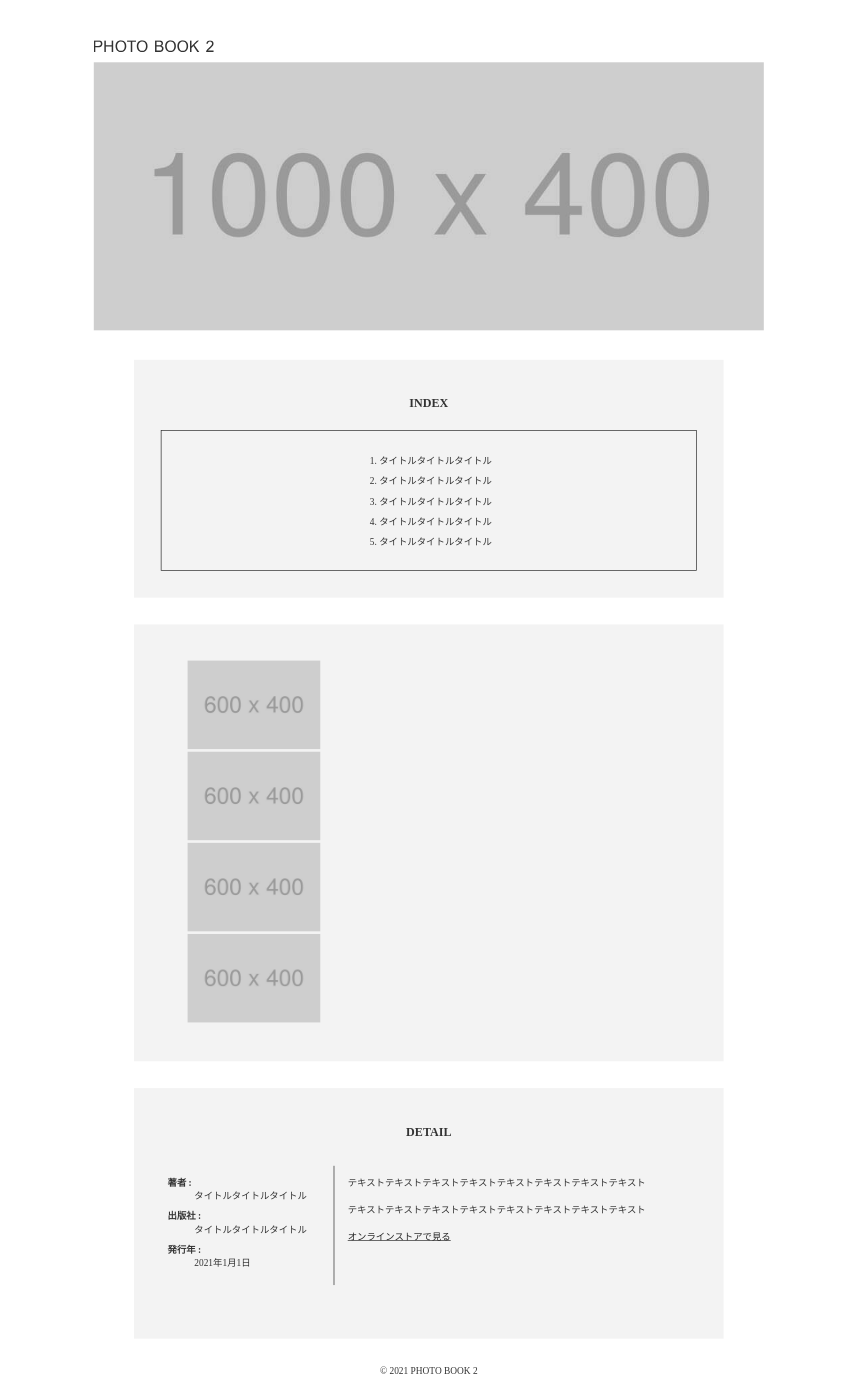
Repository: Fuki-san/photo-book-2
Page: http://localhost/photobook
The author's editor kept a copy of each file at every save. The page is drawn from the files as they stood at one save, then again after the next save.
The browser window is 1280 px wide. The pictures show the whole page, at 67% of full size.
The page is served by the project's Laravel application, run on PHP 8.4 with Laravel 10. Other server files are loaded and not shown.

Above is the page before, as saved 2023-12-01 12:36:53.

### routes/web.php
<?php

use Illuminate\Support\Facades\Route;

/*
|--------------------------------------------------------------------------
| Web Routes
|--------------------------------------------------------------------------
|
| Here is where you can register web routes for your application. These
| routes are loaded by the RouteServiceProvider and all of them will
| be assigned to the "web" middleware group. Make something great!
|
*/

Route::get('/', function () {
    return view('welcome');
});

Route::get('photobook', function() {
    return view('photobook');
})->name('photobook');

### resources/views/photobook.blade.php
@extends('layouts.main')

@section('title', 'photobook')

@section('content')
    <div class="container">
        <header id="header">
            <h1 class="site-title"><a href="#"><img src="img/logo.svg" alt=""></a></h1>
        </header>

        <main>

            <div id="mainvisual">
                <img src="img/mainvisual.jpg" alt="">
            </div>

            <section id="index">
                <div class="inner">
                    <h2 class="sec-title">INDEX</h2>
                    <div class="index-inner">
                        <ol class="index-list">
                            <li>タイトルタイトルタイトル</li>
                            <li>タイトルタイトルタイトル</li>
                            <li>タイトルタイトルタイトル</li>
                            <li>タイトルタイトルタイトル</li>
                            <li>タイトルタイトルタイトル</li>
                        </ol>
                    </div>
                </div>
            </section>

                <div class="inner">
                    <ul class="list">
                        <li><img src="img/photo1.jpg" alt=""></li>
                        <li><img src="img/photo2.jpg" alt=""></li>
                        <li><img src="img/photo3.jpg" alt=""></li>
                        <li><img src="img/photo4.jpg" alt=""></li>
                    </ul>
                </div>

            <section id="detail">
                <div class="inner">
                    <h2 class="sec-title">DETAIL</h2>
                    <div class="flex">
                        <dl>
                            <dt>著者 : </dt>
                            <dd>タイトルタイトルタイトル</dd>
                            <dt>出版社 : </dt>
                            <dd>タイトルタイトルタイトル</dd>
                            <dt>発行年 : </dt>
                            <dd>2021年1月1日</dd>
                        </dl>
                        <div class="text">
                            <p>テキストテキストテキストテキストテキストテキストテキストテキスト</p>
                            <p>テキストテキストテキストテキストテキストテキストテキストテキスト</p>
                            <a href="#" class="link" target="_blank" rel="noopener noreferrer">オンラインストアで見る</a>
                        </div>
                    </div>
                </div>
            </section>
        </main>

        <footer id="footer">
            <p>&copy; 2021 PHOTO BOOK 2</p>
        </footer>

    </div>
@endsection

### resources/views/layouts/main.blade.php
<!DOCTYPE html>
<html lang="ja">
<head>
    <meta charset="UTF-8">
    <meta name="viewport" content="width=device-width, initial-scale=1.0">
    <meta http-equiv="X-UA-Compatible" content="ie=edge">
    <link rel="stylesheet" href="{{ asset('css/reset.css') }}">
    <link rel="stylesheet" href="{{ asset('css/style.css') }}">
    <link rel="icon" href="img/favicon.ico">
    <title>@yield('title')</title>
</head>
<body>
    @yield('content')
</body>
</html>

### public/css/style.css
@charset "utf-8";

html{
    font-size: 100%;
}
body{
    color: #333;
    font-size: 0.875rem;
}
img{
    max-width: 100%;
}
ul{
    list-style: none;
}
.container{
    max-width: 1000px;
    margin: 0 auto;
}
.inner{
    margin: 0 auto;
    max-width: 800px;
}
.sec-title{
    text-align: center;
    font-weight: bold;
    font-size: 1.125rem;
    margin-bottom: 30px;
}

/* header */
#header{
    margin: 60px 0 10px 0;
}
#header .site-title{
    width: 180px;
    line-height: 1px;
    margin-bottom: 15px;
}
#header .site-title a{
    display: block;
}
/* indexx */
.inner{
    background-color: #f3f3f3;
    padding: 40px;
    margin: 40px auto 40px auto;
}


#index .index-list{
    margin-left: 20px;
    justify-content: center;
    padding: 20px 40px;
}
#index .index-list li{
    margin-bottom: 10px;
}
#index .index-list li:last-child{
    margin-bottom: 0;
}
#index .index-inner{
    border: solid 1px #242424;
    display: flex;
    justify-content: center;
}

.list{
    display: flex;
    flex-wrap: wrap;
}
.list img{
    width: 33%;
}

/* detaill */
.flex{
    display: flex;
    padding: 10px;
    margin-bottom: 30px;
}
.text{
    border-left: solid 1px #242424;
    padding-left: 20px;
}
.text a{
    color: #242424;
}
.text a:hover{
    opacity: 0.7;
}
.text p{
    margin-bottom: 20px;
}
#detail dt{
    font-weight: bold;
}
#detail dd{
    margin-bottom: 10px;

}
#detail dl{
    padding-right: 40px;
}

/* footerrr */
#footer{
    text-align: center;
}

### public/img/logo.svg
<?xml version="1.0" encoding="utf-8"?>
<!-- Generator: Adobe Illustrator 15.1.0, SVG Export Plug-In . SVG Version: 6.00 Build 0)  -->
<!DOCTYPE svg PUBLIC "-//W3C//DTD SVG 1.1//EN" "http://www.w3.org/Graphics/SVG/1.1/DTD/svg11.dtd">
<svg version="1.1" id="レイヤー_1" xmlns="http://www.w3.org/2000/svg" xmlns:xlink="http://www.w3.org/1999/xlink" x="0px"
	 y="0px" width="1600px" height="156px" viewBox="0 0 1600 156" enable-background="new 0 0 1600 156" xml:space="preserve">
<g>
	<path fill="#333333" d="M0,152.092V2.65h56.373c9.92,0,17.498,0.477,22.731,1.428c7.34,1.223,13.49,3.552,18.451,6.982
		c4.96,3.433,8.953,8.241,11.978,14.425c3.022,6.185,4.536,12.98,4.536,20.387c0,12.709-4.043,23.463-12.129,32.264
		c-8.09,8.802-22.699,13.202-43.834,13.202h-38.33v60.754H0z M19.775,73.702h38.636c12.775,0,21.847-2.379,27.217-7.136
		c5.369-4.757,8.053-11.451,8.053-20.082c0-6.252-1.581-11.604-4.741-16.056c-3.16-4.45-7.324-7.391-12.487-8.817
		c-3.33-0.883-9.481-1.325-18.452-1.325H19.775V73.702z"/>
	<path fill="#333333" d="M139.859,152.092V2.65h19.776v61.367h77.677V2.65h19.775v149.441h-19.775V81.652h-77.677v70.439H139.859z"
		/>
	<path fill="#333333" d="M288.174,79.309c0-24.805,6.66-44.224,19.98-58.258C321.473,7.019,338.667,0,359.735,0
		c13.795,0,26.232,3.298,37.309,9.889c11.076,6.593,19.521,15.784,25.332,27.574c5.811,11.791,8.716,25.163,8.716,40.112
		c0,15.155-3.059,28.713-9.175,40.674c-6.116,11.961-14.781,21.016-25.993,27.166c-11.214,6.15-23.311,9.226-36.291,9.226
		c-14.067,0-26.641-3.398-37.717-10.194c-11.079-6.794-19.471-16.071-25.179-27.829C291.029,104.86,288.174,92.425,288.174,79.309z
		 M308.562,79.614c0,18.01,4.843,32.197,14.527,42.559c9.684,10.364,21.831,15.546,36.442,15.546
		c14.884,0,27.131-5.231,36.75-15.699c9.615-10.464,14.423-25.313,14.423-44.546c0-12.165-2.057-22.784-6.167-31.856
		c-4.112-9.071-10.126-16.106-18.043-21.101c-7.917-4.995-16.804-7.493-26.656-7.493c-14,0-26.046,4.81-36.137,14.425
		C313.608,41.065,308.562,57.121,308.562,79.614z"/>
	<path fill="#333333" d="M490.425,152.092V20.286h-49.237V2.65h118.451v17.636h-49.439v131.806H490.425z"/>
	<path fill="#333333" d="M570.14,79.309c0-24.805,6.658-44.224,19.979-58.258C603.438,7.019,620.632,0,641.7,0
		c13.794,0,26.23,3.298,37.309,9.889c11.076,6.593,19.522,15.784,25.331,27.574c5.813,11.791,8.717,25.163,8.717,40.112
		c0,15.155-3.059,28.713-9.176,40.674c-6.114,11.961-14.779,21.016-25.992,27.166s-23.311,9.226-36.291,9.226
		c-14.068,0-26.641-3.398-37.717-10.194c-11.078-6.794-19.47-16.071-25.179-27.829C572.994,104.86,570.14,92.425,570.14,79.309z
		 M590.526,79.614c0,18.01,4.843,32.197,14.527,42.559c9.685,10.364,21.83,15.546,36.442,15.546
		c14.883,0,27.132-5.231,36.748-15.699c9.615-10.464,14.424-25.313,14.424-44.546c0-12.165-2.057-22.784-6.166-31.856
		c-4.113-9.071-10.127-16.106-18.043-21.101c-7.918-4.995-16.804-7.493-26.658-7.493c-14,0-26.044,4.81-36.136,14.425
		C595.572,41.065,590.526,57.121,590.526,79.614z"/>
	<path fill="#333333" d="M812.43,152.092V2.65h56.066c11.416,0,20.573,1.514,27.472,4.537c6.896,3.024,12.3,7.68,16.209,13.966
		c3.907,6.286,5.861,12.861,5.861,19.724c0,6.39-1.732,12.404-5.198,18.044c-3.467,5.641-8.7,10.193-15.7,13.659
		c9.039,2.65,15.987,7.172,20.848,13.558c4.857,6.389,7.289,13.933,7.289,22.631c0,7-1.479,13.506-4.435,19.521
		c-2.957,6.016-6.612,10.652-10.958,13.915c-4.352,3.261-9.806,5.726-16.363,7.391c-6.558,1.666-14.593,2.497-24.106,2.497H812.43z
		 M832.206,65.444h32.313c8.768,0,15.053-0.576,18.859-1.733c5.027-1.493,8.818-3.975,11.366-7.439
		c2.548-3.468,3.822-7.815,3.822-13.049c0-4.961-1.188-9.328-3.567-13.099c-2.38-3.773-5.776-6.354-10.192-7.748
		c-4.419-1.393-11.997-2.09-22.733-2.09h-29.868V65.444z M832.206,134.457h37.208c6.386,0,10.872-0.237,13.455-0.715
		c4.552-0.814,8.358-2.173,11.417-4.077c3.058-1.901,5.571-4.672,7.544-8.308c1.971-3.634,2.956-7.832,2.956-12.589
		c0-5.571-1.428-10.414-4.281-14.526c-2.854-4.111-6.814-6.999-11.876-8.665c-5.063-1.664-12.354-2.497-21.865-2.497h-34.558
		V134.457z"/>
	<path fill="#333333" d="M946.479,79.309c0-24.805,6.659-44.224,19.979-58.258C979.776,7.019,996.972,0,1018.039,0
		c13.794,0,26.23,3.298,37.309,9.889c11.077,6.593,19.521,15.784,25.331,27.574c5.812,11.791,8.717,25.163,8.717,40.112
		c0,15.155-3.058,28.713-9.175,40.674s-14.781,21.016-25.994,27.166s-23.311,9.226-36.29,9.226
		c-14.068,0-26.641-3.398-37.717-10.194c-11.078-6.794-19.47-16.071-25.18-27.829C949.332,104.86,946.479,92.425,946.479,79.309z
		 M966.865,79.614c0,18.01,4.842,32.197,14.526,42.559c9.685,10.364,21.83,15.546,36.442,15.546
		c14.884,0,27.133-5.231,36.749-15.699c9.615-10.464,14.424-25.313,14.424-44.546c0-12.165-2.057-22.784-6.166-31.856
		c-4.113-9.071-10.127-16.106-18.044-21.101c-7.917-4.995-16.803-7.493-26.657-7.493c-14.001,0-26.044,4.81-36.136,14.425
		C971.91,41.065,966.865,57.121,966.865,79.614z"/>
	<path fill="#333333" d="M1108.865,79.309c0-24.805,6.66-44.224,19.979-58.258C1142.163,7.019,1159.357,0,1180.426,0
		c13.794,0,26.23,3.298,37.31,9.889c11.076,6.593,19.521,15.784,25.332,27.574c5.811,11.791,8.715,25.163,8.715,40.112
		c0,15.155-3.059,28.713-9.175,40.674c-6.115,11.961-14.779,21.016-25.993,27.166s-23.312,9.226-36.29,9.226
		c-14.068,0-26.642-3.398-37.719-10.194c-11.078-6.794-19.469-16.071-25.177-27.829
		C1111.719,104.86,1108.865,92.425,1108.865,79.309z M1129.254,79.614c0,18.01,4.842,32.197,14.525,42.559
		c9.684,10.364,21.831,15.546,36.442,15.546c14.882,0,27.131-5.231,36.749-15.699c9.615-10.464,14.424-25.313,14.424-44.546
		c0-12.165-2.057-22.784-6.167-31.856c-4.113-9.071-10.127-16.106-18.043-21.101c-7.917-4.995-16.804-7.493-26.658-7.493
		c-13.999,0-26.044,4.81-36.135,14.425C1134.298,41.065,1129.254,57.121,1129.254,79.614z"/>
	<path fill="#333333" d="M1276.45,152.092V2.65h19.776V76.76l74.211-74.109h26.81l-62.691,60.552l65.444,88.89h-26.096
		l-53.213-75.638l-24.465,23.854v51.784H1276.45z"/>
</g>
<path fill="#333333" d="M1588.863,134.712v17.636h-98.777c-0.138-4.417,0.575-8.665,2.14-12.743
	c2.514-6.728,6.54-13.354,12.079-19.878c5.539-6.523,13.541-14.067,24.008-22.63c16.242-13.319,27.218-23.87,32.926-31.652
	c5.709-7.78,8.563-15.138,8.563-22.069c0-7.271-2.601-13.405-7.799-18.4c-5.199-4.995-11.978-7.492-20.337-7.492
	c-8.835,0-15.902,2.65-21.203,7.951s-7.986,12.641-8.053,22.019l-18.859-1.937c1.29-14.067,6.149-24.787,14.577-32.162
	c8.427-7.373,19.741-11.061,33.946-11.061c14.338,0,25.688,3.976,34.048,11.927c8.358,7.951,12.538,17.807,12.538,29.563
	c0,5.981-1.224,11.86-3.67,17.636c-2.446,5.776-6.508,11.86-12.182,18.247c-5.676,6.389-15.104,15.155-28.288,26.3
	c-11.009,9.243-18.078,15.513-21.203,18.808c-3.127,3.298-5.708,6.61-7.747,9.939H1588.863z"/>
</svg>

After the next save:
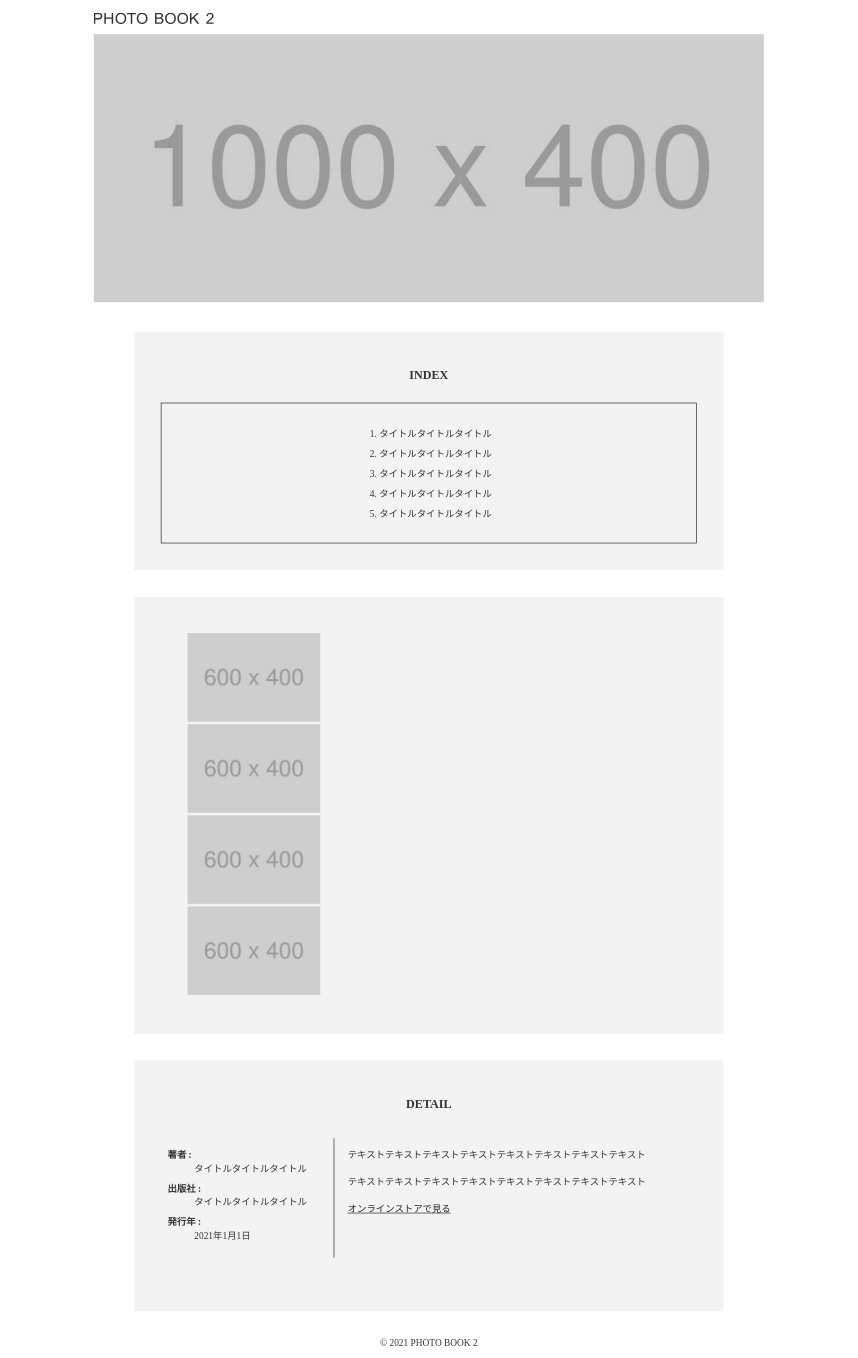
Saved 12 s later.
--- a/public/css/style.css
+++ b/public/css/style.css
@@ -30,7 +30,7 @@
 
 /* header */
 #header{
-    margin: 60px 0 10px 0;
+    /* margin: 60px 0 10px 0; */
 }
 #header .site-title{
     width: 180px;

After the save that followed:
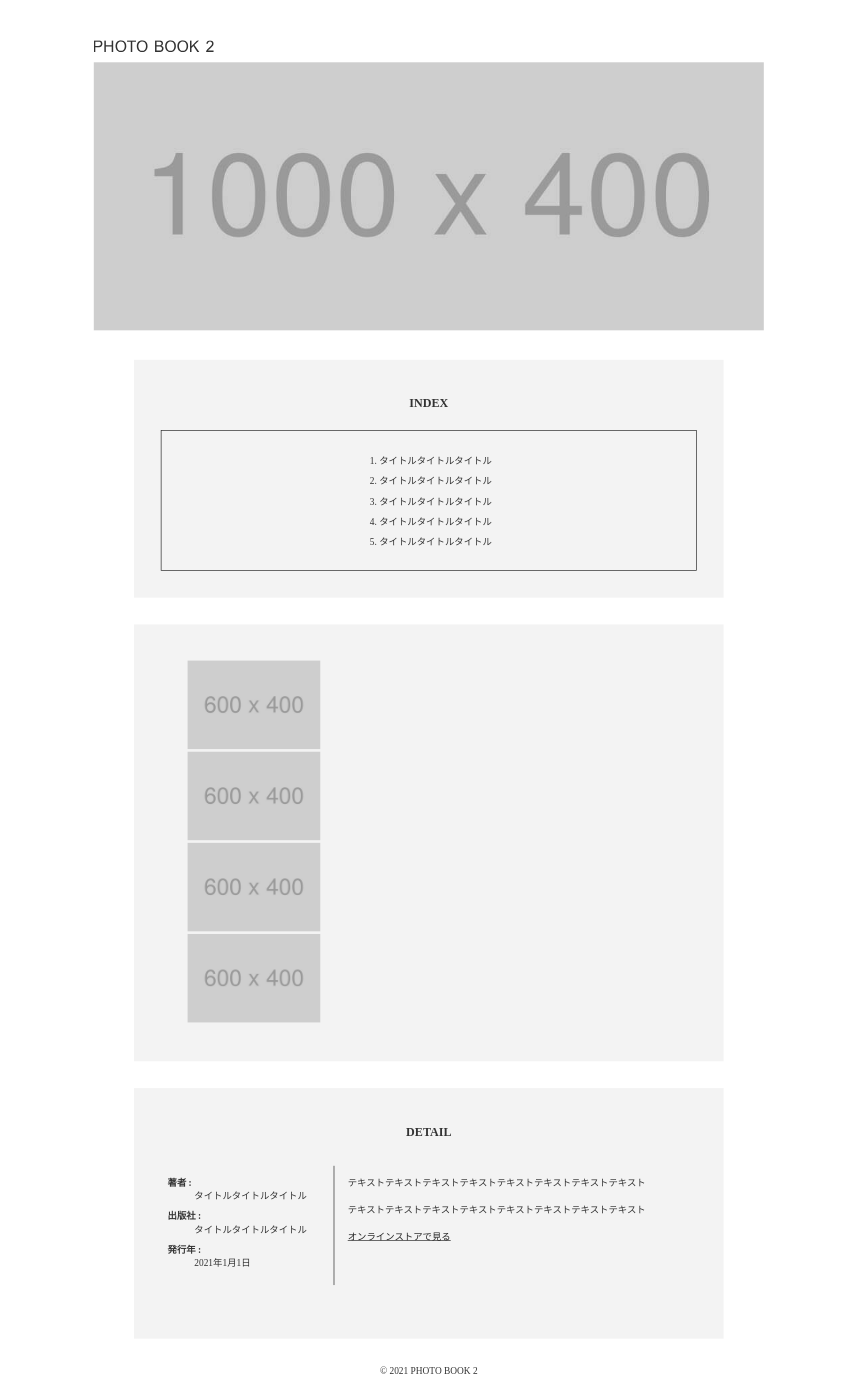
Saved 5 s later.
--- a/public/css/style.css
+++ b/public/css/style.css
@@ -31,6 +31,7 @@
 /* header */
 #header{
     /* margin: 60px 0 10px 0; */
+    margin-top: 60px;
 }
 #header .site-title{
     width: 180px;
